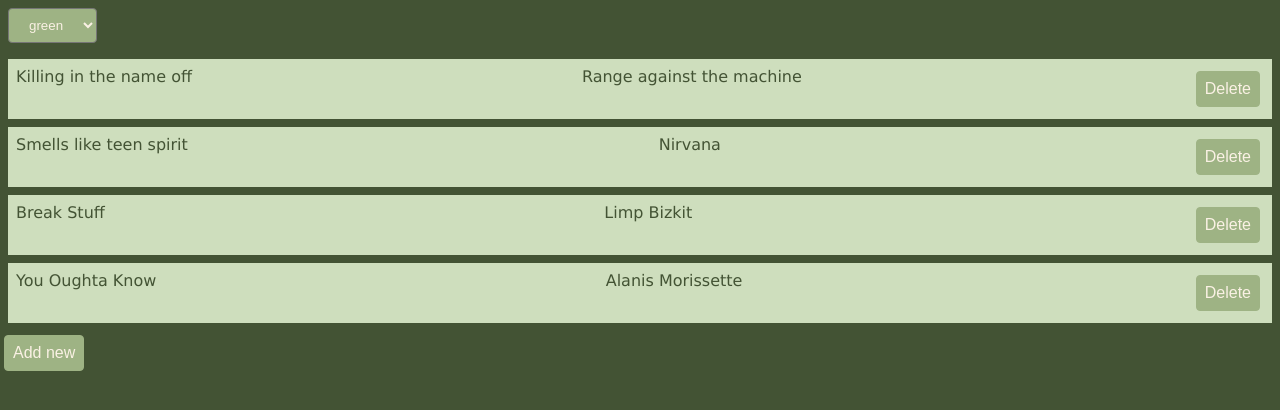
Repository: majakesin/moodify-app
Page: /angry
The author's editor kept a copy of each file at every save. The page is drawn from the files as they stood at one save, then again after the next save.
The browser window is 1280 px wide. The pictures show the whole page.
The project was rebuilt for these pictures with package versions that can differ from the ones it lists, and the page was loaded fresh each time. Also part of the build but not shown: src/data/moods.js, src/components/Mood/index.jsx, src/pages/ChooseMood/index.module.css, src/pages/ChooseMood/index.jsx.

Above is the page before, as saved 2023-08-23 11:18:57.

### public/index.html
<!DOCTYPE html>
<html lang="en">
  <head>
    <meta charset="utf-8" />
    <link rel="icon" href="%PUBLIC_URL%/logo.svg" />
    <meta name="viewport" content="width=device-width, initial-scale=1" />
    <meta name="theme-color" content="#000000" />
    <meta
      name="description"
      content="Moodify -- App that gives yours ears the best music based on your mood"
    />
    <link rel="apple-touch-icon" href="%PUBLIC_URL%/logo.svg" />
    <!--
      manifest.json provides metadata used when your web app is installed on a
      user's mobile device or desktop. See https://developers.google.com/web/fundamentals/web-app-manifest/
    -->
    <link rel="manifest" href="%PUBLIC_URL%/manifest.json" />
    <!--
      Notice the use of %PUBLIC_URL% in the tags above.
      It will be replaced with the URL of the `public` folder during the build.
      Only files inside the `public` folder can be referenced from the HTML.

      Unlike "/favicon.ico" or "favicon.ico", "%PUBLIC_URL%/favicon.ico" will
      work correctly both with client-side routing and a non-root public URL.
      Learn how to configure a non-root public URL by running `npm run build`.
    -->
    <title>Moodify</title>
  </head>
  <body>
    <noscript>You need to enable JavaScript to run this app.</noscript>
    <div id="root"></div>
    <!--
      This HTML file is a template.
      If you open it directly in the browser, you will see an empty page.

      You can add webfonts, meta tags, or analytics to this file.
      The build step will place the bundled scripts into the <body> tag.

      To begin the development, run `npm start` or `yarn start`.
      To create a production bundle, use `npm run build` or `yarn build`.
    -->
  </body>
</html>

### src/index.js
import React from 'react';
import ReactDOM from 'react-dom/client';
import './index.css';
import {
  RouterProvider,
} from "react-router-dom";
import {router} from './router';
import reportWebVitals from './reportWebVitals';
import ThemeWrap from './pages/ThemeWrap';

const root = ReactDOM.createRoot(document.getElementById('root'));
root.render(
  <React.StrictMode>
    <ThemeWrap>
    <RouterProvider router={router} />
    </ThemeWrap>
  </React.StrictMode>
);

// If you want to start measuring performance in your app, pass a function
// to log results (for example: reportWebVitals(console.log))
// or send to an analytics endpoint. Learn more: https://bit.ly/CRA-vitals
reportWebVitals();

### src/index.css
body {
  margin: 0;
  font-family: -apple-system, BlinkMacSystemFont, 'Segoe UI', 'Roboto', 'Oxygen',
    'Ubuntu', 'Cantarell', 'Fira Sans', 'Droid Sans', 'Helvetica Neue',
    sans-serif;
  -webkit-font-smoothing: antialiased;
  -moz-osx-font-smoothing: grayscale;
}

code {
  font-family: source-code-pro, Menlo, Monaco, Consolas, 'Courier New',
    monospace;
}

@import '../src//styles/variables.css';

body {
  background-color: var(--first-color);
  font-family:'Lucida Sans', 'Lucida Sans Regular', 'Lucida Grande', 'Lucida Sans Unicode', Geneva, Verdana, sans-serif;
}
button {
  border: 1px solid var(--second-color);
  border-radius: 4px;
  padding: 8px;
  font-size: 16px;;
  margin: 4px;
  background-color: var(--second-color);
  color: var(--fourth-color);
  height: fit-content;
}

button:hover {
  cursor: pointer;
  background-color: var(--first-color);
}

select {
  border-radius: 4px;
  padding: 8px 16px;
  margin: 8px;
  background-color: var(--second-color);
  color: var(--fourth-color);
}

label {
  margin: 8px;
  padding: 8px;
  min-width: 100px;
}

input {
  border: none;
  margin: 8px 32px;
  padding: 8px 32px;
  border-radius: 4px;
}

a {
  border: 1px solid var(--second-color);
  background-color: var(--second-color);
  color: var(--fourth-color);
  text-decoration: none;
  height:fit-content;
  padding: 8px;
  margin: 4px;
  border-radius: 4px;
}

a:hover {
  cursor: pointer;
  background-color: var(--first-color);
}

### src/router.jsx
import {
    createBrowserRouter,
} from "react-router-dom";
import ChooseMood from 'src/pages/ChooseMood';
import SongList from 'src/pages/SongList';


export const router = createBrowserRouter([
    {
        path: "/",
        element: <ChooseMood />
    },
    {
        path: "/:type",
        element: <SongList />
    }
]);

### src/pages/ThemeWrap/index.jsx
import { useEffect, useMemo, useState } from 'react';
import { setThemeOnFirstRender, setTheme, THEME_KEY } from 'src/utils';

const THEME_LIST = ['green', 'blue', 'pink'];

//Created this to make an example of the wrapping component. In real projects we have a lot of this
//For example <Provider /> or older routers versions, some styling libraries and etc..

const ThemeWrap = (props) => {
    const { children } = props;
    const [currentTheme, setCurrentTheme] = useState(localStorage.getItem(THEME_KEY));

    const onChangeTheme = (e) => {
        setCurrentTheme(e.target.value);
        setTheme(e.target.value);
    }

    useEffect(() => {
        setThemeOnFirstRender();
    }, []);

    const selectOptions = useMemo(() => (
        THEME_LIST.map((theme) => (
            <option key={theme} value={theme}>{theme}</option>
        ))
    ), []);

    return (
        <div>
            <select value={currentTheme} onChange={onChangeTheme}>
                {selectOptions}
            </select>
            {children}
        </div>);
}
export default ThemeWrap;

### src/pages/SongList/index.jsx
import { useMemo, useState, useCallback } from 'react';
import { useLocation } from 'react-router';
import Song from 'src/components/Song';
import { songs } from 'src/data/songs';
import styles from './index.module.css';

const SongList = () => {

    //mocking values
    const songType = useLocation().pathname.split('/')[1];
    const [songsToDisplay, setSongsToDisplay] = useState(songs[songType]);

    const [showForm, setShowForm] = useState(false);
    const [newSong, setNewSong] = useState({ name: '', author: '' });

    const onShowForm = useCallback(() => setShowForm(!showForm), [showForm]);

    const onDelete = useCallback((index) => {
        //Used to delete by index because we can have songs with same name, probably in real project I would use ID
        //that we get returned from the BE
        setSongsToDisplay(songsToDisplay.filter((_, idx) => index !== idx));
    }, [songsToDisplay]);

    const onChange = useCallback((evt) => {
        const value = evt.target.value;
        setNewSong({
            ...newSong,
            [evt.target.name]: value
        });
    }, [newSong]);

    const onSubmit = useCallback((event) => {
        event.preventDefault();
        setSongsToDisplay([...songsToDisplay, newSong])
    }, [newSong, songsToDisplay]);

    //this could also be seperate component if we had some state managment, or BE. I didn't do it so I don't
    //need to do pass props and etc..
    const form = useMemo(() => {
        const { name, author } = newSong;

        if (!showForm) {
            return null;
        }

        //Also when we have forms we need validations , I used Formik and Yup on one of the projects, currently
        //on this one we do it custom.. But some kind of validation is neeeded
        return (
            <form onSubmit={onSubmit} className={styles.form} >
                <label> <div className={styles.text}> Name </div>
                    <input type="text" name="name" value={name} onChange={onChange} />
                </label>
                <label> <div className={styles.text}> Author </div>
                    <input type="text" name="author" value={author} onChange={onChange} />
                </label>
                <button type="submit">Submit</button>
            </form>
        )
    }, [showForm, newSong, onChange, onSubmit]);

    //Example of the memoization, also for key in the list we need to use something like unique
    const songsList = useMemo(() => (
        songsToDisplay.map((song, index) => (
            <Song key={song.name} {...song} index={index} onDelete={onDelete} />
        ))), [songsToDisplay, onDelete]);

    return (
        <div>
            {songsList}
            <button onClick={onShowForm}> Add new </button>
            {form}
        </div>
    )
}

export default SongList;

### src/utils/index.js
/* Example to show that functions that we are gonna use multiple in different components is okay to place in one file,
also I would probably on real project separate the constants in one file and functions in another..
*/

export const THEME_KEY = 'theme';
export const DEFAULT_THEME = 'green';

export const setTheme = theme => {
    localStorage.setItem(THEME_KEY, theme);
    document.documentElement.className = theme;
};

export const setThemeOnFirstRender = () => {
    const theme = localStorage.getItem(THEME_KEY);
    if(theme) {
        document.documentElement.className = theme;
        return;
    }
    document.documentElement.className = DEFAULT_THEME;
}

### src/components/Song/index.jsx
import PropTypes from 'prop-types';

import styles from './index.module.css';

const Song = (props) => {

    const { name, author, index,  onDelete } = props;

    const handleDelete = () => {
        onDelete(index);
    }
    return (
        <div>
        <div className={styles.wrap}>
            <span>{name}</span>
            <span>{author}</span>
            <button onClick={handleDelete}>Delete</button>
        </div>
        </div>
    )

};

//Example of defining the propTypes, I use this when we are not using typescript and also add defaultValues
//if prop type is not required. I love using propTypes because it's easier for new dev to know what is needed and why
Song.propTypes = {
    author: PropTypes.string,
    name: PropTypes.string,
    index: PropTypes.number,
    onDelete: PropTypes.func,
}
export default Song;

### src/data/songs.js
export const songs = {
        'excited': [
            {
                name: 'Let,s Go Crazy',
                author: 'Prince',
            },
            {
                name: 'I Got You (I Feel Good)',
                author: 'James Brown & The Famous Flames',
            },
            {
                name: 'Dont Stop Me Now',
                author: 'Queen',
            },
            {
                name: 'Good as Hell',
                author: 'Lazoo'
            }
        ],
        'happy': [
                {
                    name: 'Say Yes',
                    author: 'Michelle Williams feat. Beyoncé and Kelly Rowland',
                },
                {
                    name: 'Valerie',
                    author: 'Mark Ronson feat. Amy Winehouse'

                },
                {
                    name: 'Tightrope',
                    author: 'Janelle Monáe',
                },
                {
                    name: 'Walking on Sunshine',
                    author: 'Katrina and the Waves',
                }
            ],
    'neutral': [
            {
                name: 'Baby Love',
                author: 'The Supremes',
            },
            {
                name: 'Truth Hurts',
                author: 'Lizzo',
            },
            {
                name: 'Without You',
                author: 'Carly Simon',
            },
            {
                name: 'You’re So Vain',
                author: 'Carly Simon',
            }
        ],
    'sad': [
            {
                name: 'Beliver',
                author: 'Imagine Dragons',
            },
            {
                name: 'In the end',
                author: 'Linkin Park',
            },
            {
                name: 'Nothing Compares to U',
                author: 'Sniead o Coner',
            },
            {
                name: 'Easy on me',
                author: 'Adele',
            },
        ],
    'angry': [
            {
                name: 'Killing in the name off',
                author: 'Range against the machine',
            },
            {
                name: 'Smells like teen spirit',
                author: 'Nirvana',
            },
            {
                name: 'Break Stuff',
                author: 'Limp Bizkit',
            },
            {
                name: 'You Oughta Know',
                author: 'Alanis Morissette',
            }
        ]
}

### src/pages/SongList/index.module.css
@import '../../styles/variables.css';

.form {
    margin: 8px;
    color: var(--second-color);
    display: flex;
    flex-direction: column;
    width: fit-content;
}

.text {
    min-width: 100px;
}

### src/components/Mood/index.module.css

@import '../../styles/variables.css';

.card {
    border: 1px solid var(--third-color);
    background-color: var(--third-color);
    border-radius: 4px;
    padding: 8px;
    display: flex;
    min-width: 90vw;
    flex-direction: column;
    justify-content: space-between;
    color: var(--fourth-color);
}

.icon {
    color: var(--third-color);
}

.content {
    display: flex;
    flex-direction: column;
    align-items: center;

}

.desktop {
    width: 60%;
    color: var(--first-color);
    @media only screen and (max-width: 600px) {
        display: none;
    }
}

.file {
    display: none;
}

.file-label {
    padding: 8px;
    background-color: var(--second-color);
    border: 1px solid var(--second-color);
    border-radius: 4px;
    height: fit-content;
    margin: 4px;
}

.file-label:hover {
    cursor: pointer;
    background-color: var(--first-color);
}

.border {
    background: linear-gradient(to right, var(--second-color) , var(--first-color));
    padding: 6px;
    border-radius: 4px;
    margin: 8px;
}

### src/components/Song/index.module.css
@import '../../styles/variables.css';

.wrap {
    display: flex;
    flex-direction: row;
    justify-content: space-between;
    background-color: var(--third-color);
    color: var(--first-color);
    margin: 8px;
    padding: 8px;
}

### src/styles/variables.css

/*  I'would in this case give more meaningfull names for the variables like button-hover-color, or background..
    This is just because it's test example the numeric names.
 */

:root,
:root.green {
    --first-color: #435334;
    --second-color: #9EB384;
    --third-color: #CEDEBD;
    --fourth-color: #FAF1E4;
}
:root.blue {
    --first-color: #3b5998;
    --second-color:#8b9dc3;
    --third-color: #dfe3ee;
    --fourth-color:#f7f7f7;
}
:root.pink {
    --first-color:  #ff084a;
    --second-color: #ff6289;
    --third-color: 	#ff93ac;
    --fourth-color: #ffc2cd;
}

Loaded but not shown: src/reportWebVitals.js (common file)

After the next save:
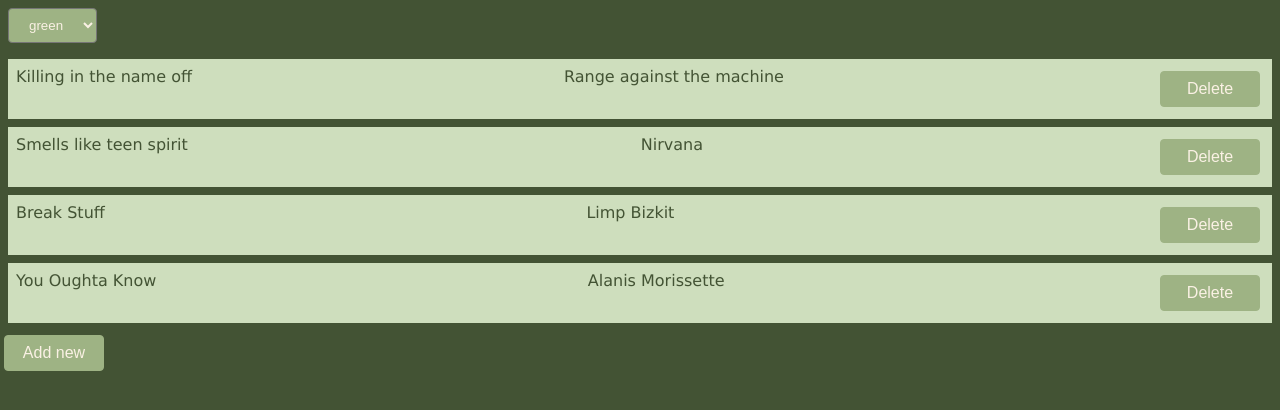
Saved 17 s later.
--- a/src/index.css
+++ b/src/index.css
@@ -27,6 +27,7 @@ button {
   background-color: var(--second-color);
   color: var(--fourth-color);
   height: fit-content;
+  min-width: 100px;
 }
 
 button:hover {
